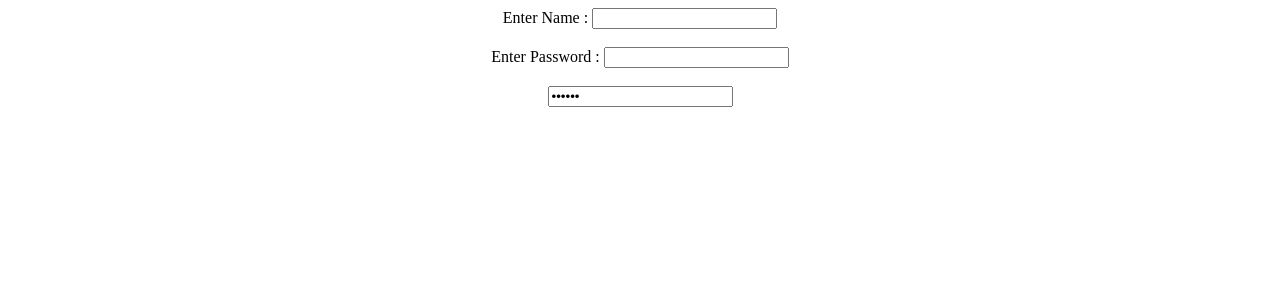
Repository: Vishalrathod8788/JEE
Page: Collaboration_Demo/WebContent/index.html
The author's editor kept a copy of each file at every save. The page is drawn from the files as they stood at one save, then again after the next save.
The browser window is 1280 px wide. The pictures show the whole page.

Above is the page before, as saved 2023-07-28 14:53:32.

### Collaboration_Demo/WebContent/index.html
<!DOCTYPE html>
<html>
<head>
<meta charset="ISO-8859-1">
<title>Insert title here</title>
</head>
<body>
	<center>
		<form action="" method="get">
			<label>Enter Name :</label>
			<input type="text" name="txtName"><br/><br/>
			<label>Enter Password :</label>
			<input type="password" name="txtPass"><br/><br/>
			<input type="password" value="Submit">
		</form>
	</center>
</body>
</html>

After the next save:
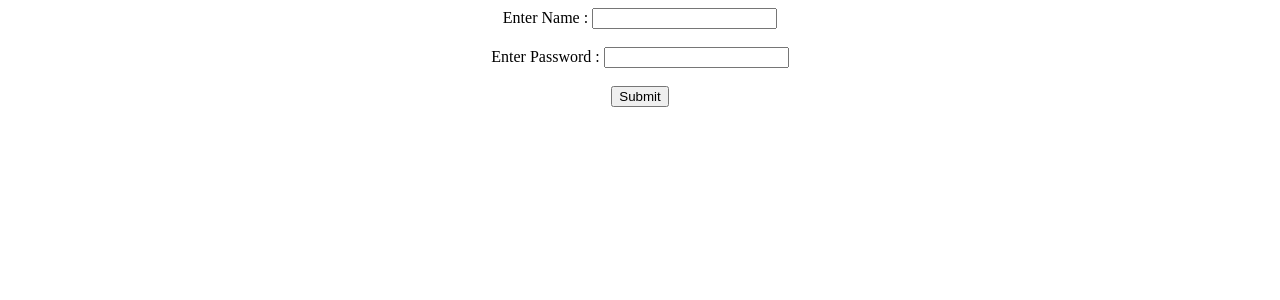
Saved 7 s later.
--- a/Collaboration_Demo/WebContent/index.html
+++ b/Collaboration_Demo/WebContent/index.html
@@ -11,7 +11,7 @@
 			<input type="text" name="txtName"><br/><br/>
 			<label>Enter Password :</label>
 			<input type="password" name="txtPass"><br/><br/>
-			<input type="password" value="Submit">
+			<input type="submit" value="Submit">
 		</form>
 	</center>
 </body>
